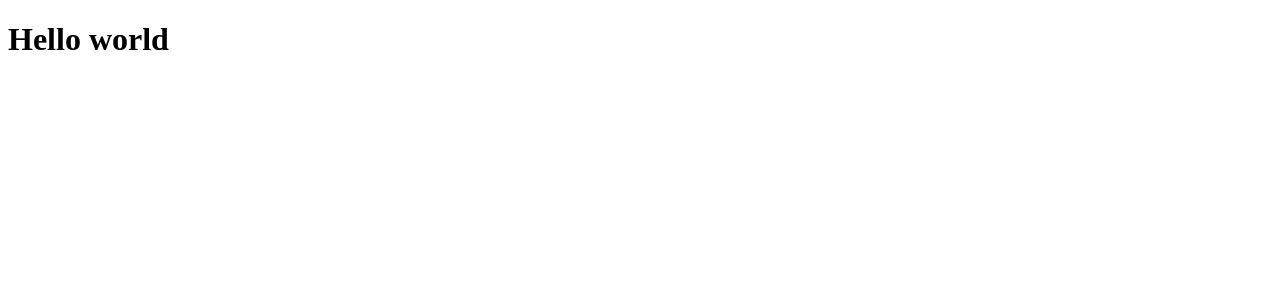
Repository: Hasib001/WEBD-6201-W2021-week1
Page: Index.html
These files come from the project's save history. The page is drawn as it stood at one moment and after the next save; the edit follows.
The browser window is 1280 px wide. The pictures show the whole page.

Above is the page before, as saved 2021-01-20 00:26:46.

### Index.html
<!DOCTYPE html>
<html lang="en">
<head>
    <meta charset="UTF-8">
    <meta name="viewport" content="width=device-width, initial-scale=1.0">
    <title>Hello World</title>
    <!--CSS Section -->
</head>
<body>
    <!--JAvascript section-->
    <div>
        <h1>Hello world</h1>
    </div>
</body>
</html>

After the next save:
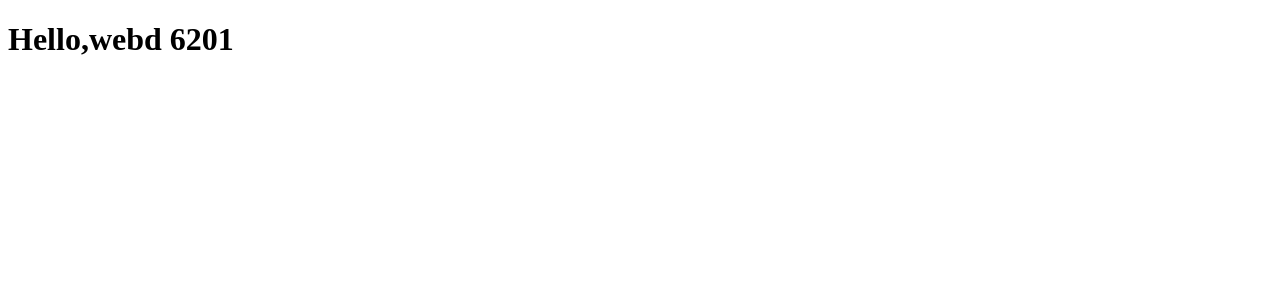
Saved 17 min 2 s later.
--- a/Index.html
+++ b/Index.html
@@ -9,7 +9,7 @@
 <body>
     <!--JAvascript section-->
     <div>
-        <h1>Hello world</h1>
+        <h1>Hello,webd 6201</h1>
     </div>
 </body>
 </html>
